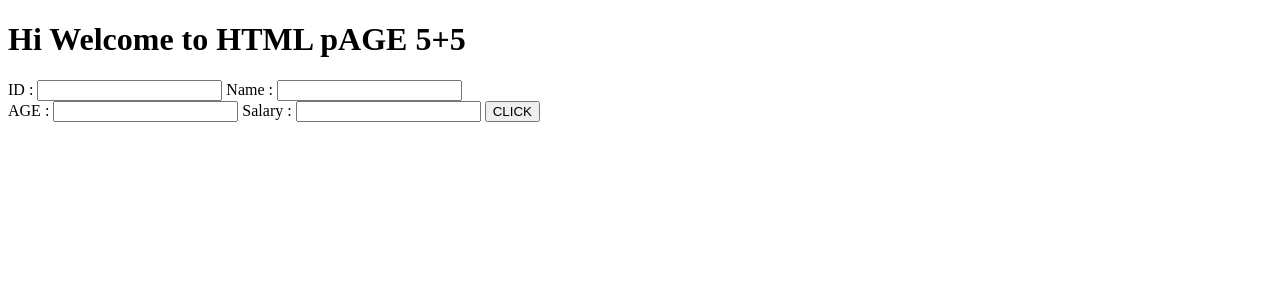
Repository: Thaneshwara848/JSP_Demo
Page: WebDemo2/src/main/webapp/index.html
An editor plug-in stored every save of this project. The page is shown before and after the next save, followed by the edit.
The browser window is 1280 px wide. The pictures show the whole page.

Above is the page before, as saved 2022-08-10 15:23:36.

### WebDemo2/src/main/webapp/index.html
<!DOCTYPE html>
<html>
<head>
<meta charset="UTF-8">
<title>Insert title here</title>
</head>
<body>
	<h1> Hi Welcome to HTML pAGE 5+5  </h1>

	<form action="Demo.jsp">
		ID :  <input type="text" name="uid">
		Name : <input type="text" name="uname"><br>
		AGE :  <input type="text" name="uage">
		Salary :  <input type="text" name="usalary">
		<input type="submit" value="CLICK">

	</form>
</body>
</html>

After the next save:
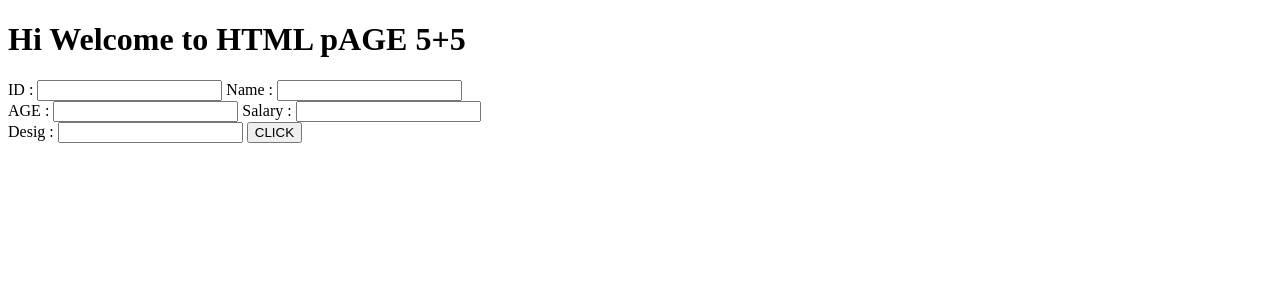
Saved 13 s later.
--- a/WebDemo2/src/main/webapp/index.html
+++ b/WebDemo2/src/main/webapp/index.html
@@ -11,7 +11,8 @@
 		ID :  <input type="text" name="uid">
 		Name : <input type="text" name="uname"><br>
 		AGE :  <input type="text" name="uage">
-		Salary :  <input type="text" name="usalary">
+		Salary :  <input type="text" name="usalary"><br>
+		Desig :  <input type="text" name="udesig">
 		<input type="submit" value="CLICK">
 
 	</form>
